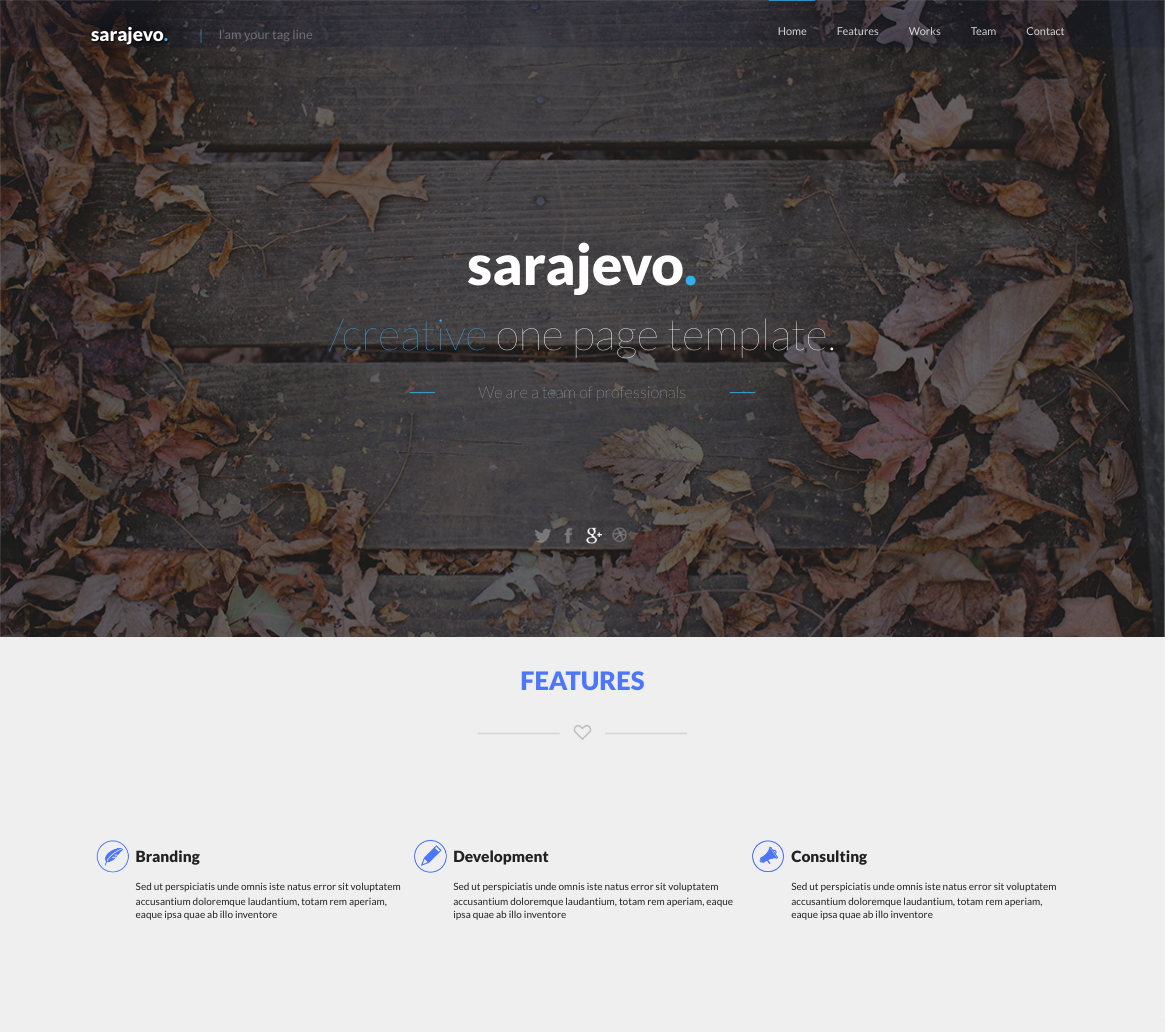
Repository: expertsumyua/adaptive-landing-page
Page: index.html
The author's editor kept a copy of each file at every save. The page is drawn from the files as they stood at one save, then again after the next save.
The browser window is 1280 px wide. The pictures show the whole page, at 91% of full size.

Above is the page before, as saved 2020-06-09 14:41:26.
Console error (its wording comes from the project's code and is left out).

After the next save:
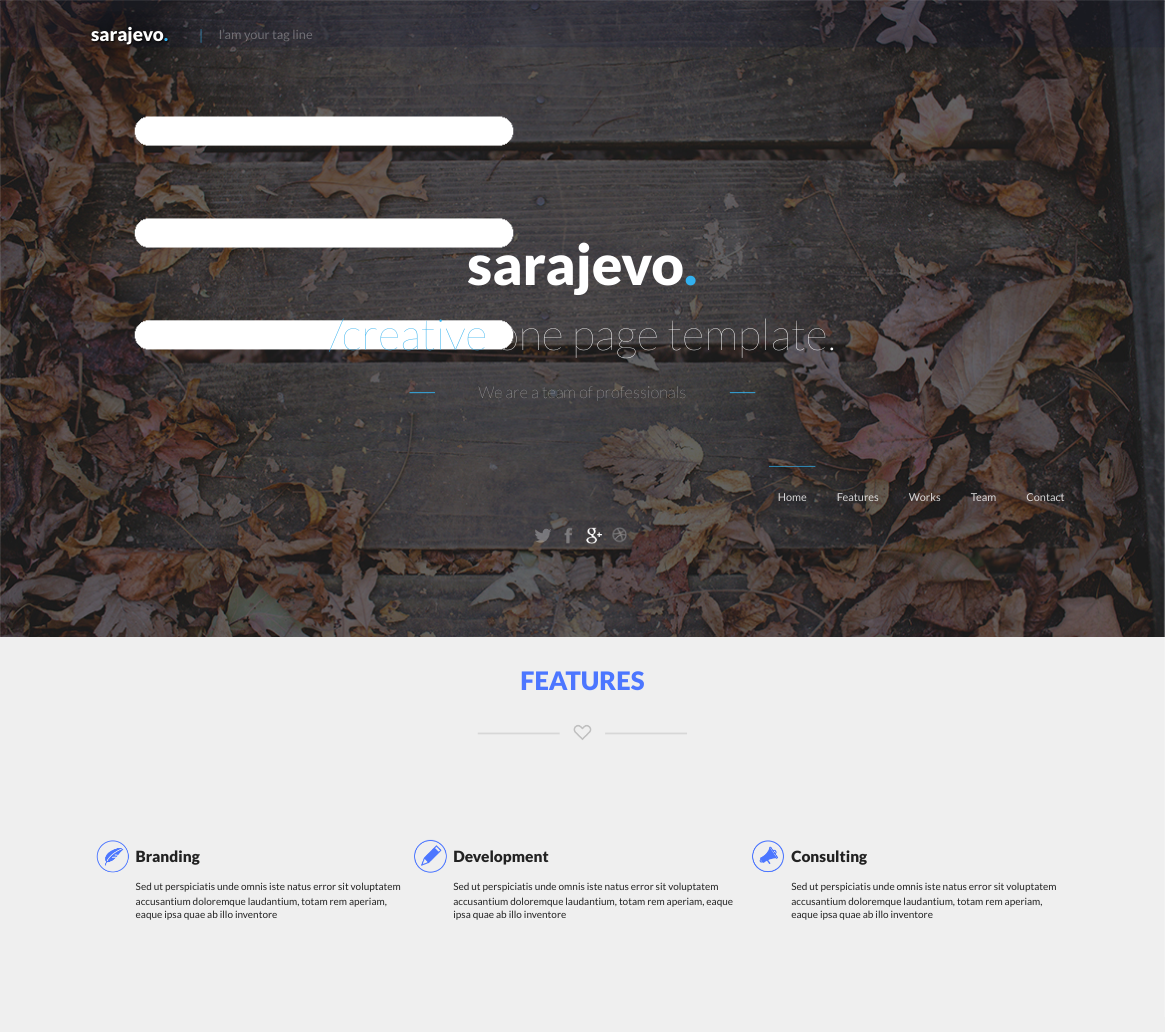
Saved 21 s later.
--- a/index.html
+++ b/index.html
@@ -33,7 +33,7 @@
 					<!-- <a href="/"><img src="img/logo.png"></a> -->
 				</div>
 				<div class="short-tag">I’am your tag line</div>
-				<a class="mobile" href="#"><img src="img/burger.png"></a>
+				<a id="burger" "class=" mobile" href="#"><img src="img/burger.png"></a>
 				<nav>
 					<a class="active" href="#">Home</a>
 					<a href="#">Features</a>

After the 2 saves that followed:
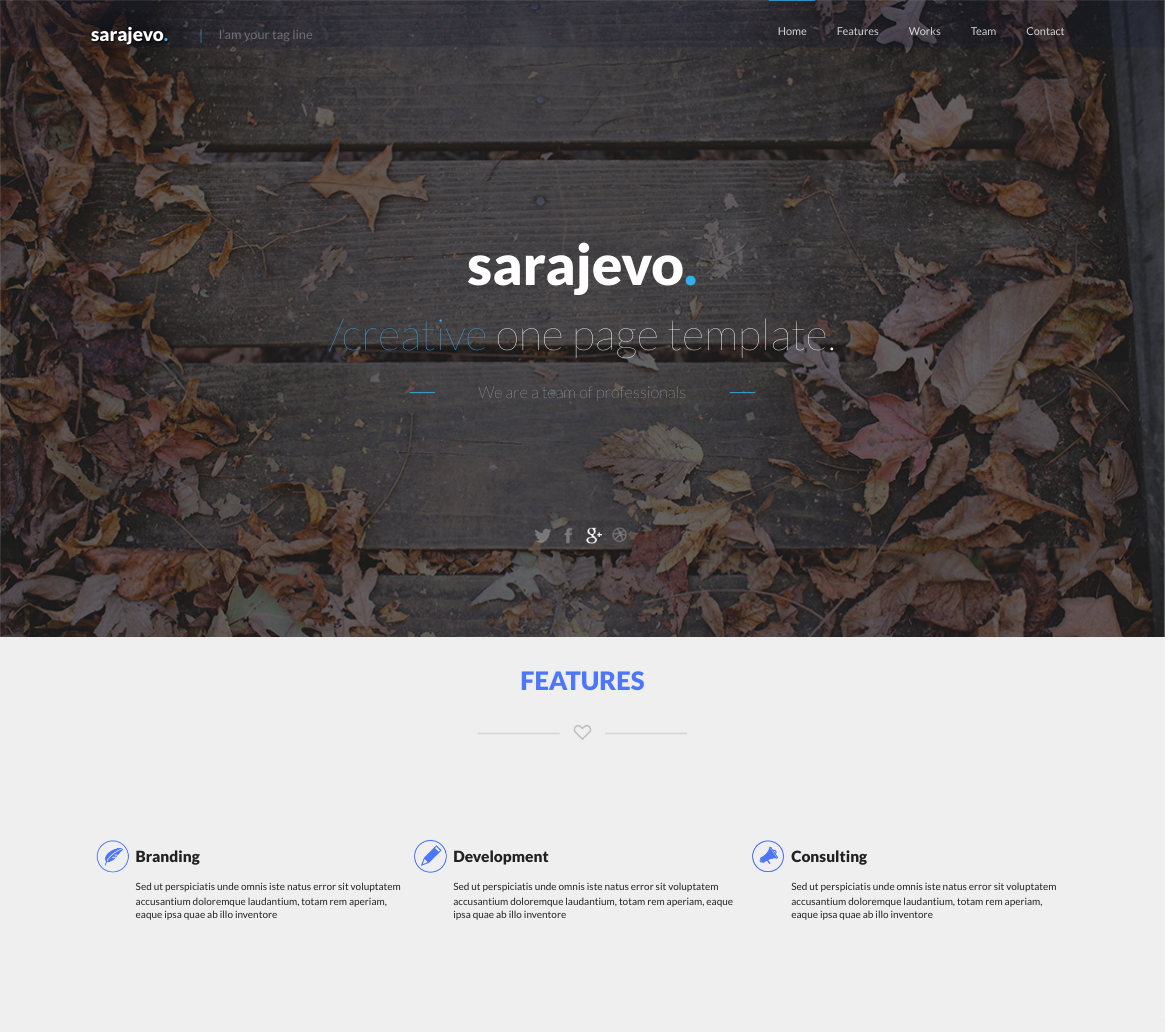
Console error (its wording comes from the project's code and is left out).
The 2 saves are shown as one change because 1 left the picture as it was.
The last was saved 29 s later.
--- a/index.html
+++ b/index.html
@@ -33,7 +33,7 @@
 					<!-- <a href="/"><img src="img/logo.png"></a> -->
 				</div>
 				<div class="short-tag">I’am your tag line</div>
-				<a id="burger" "class=" mobile" href="#"><img src="img/burger.png"></a>
+				<a id="burger" class=" mobile" href="#"><img src="img/burger.png"></a>
 				<nav>
 					<a class="active" href="#">Home</a>
 					<a href="#">Features</a>
--- a/js/main.js
+++ b/js/main.js
@@ -1 +1 @@
-var burger = document.querySelector()
+var burger = document.querySelector(#burger);
